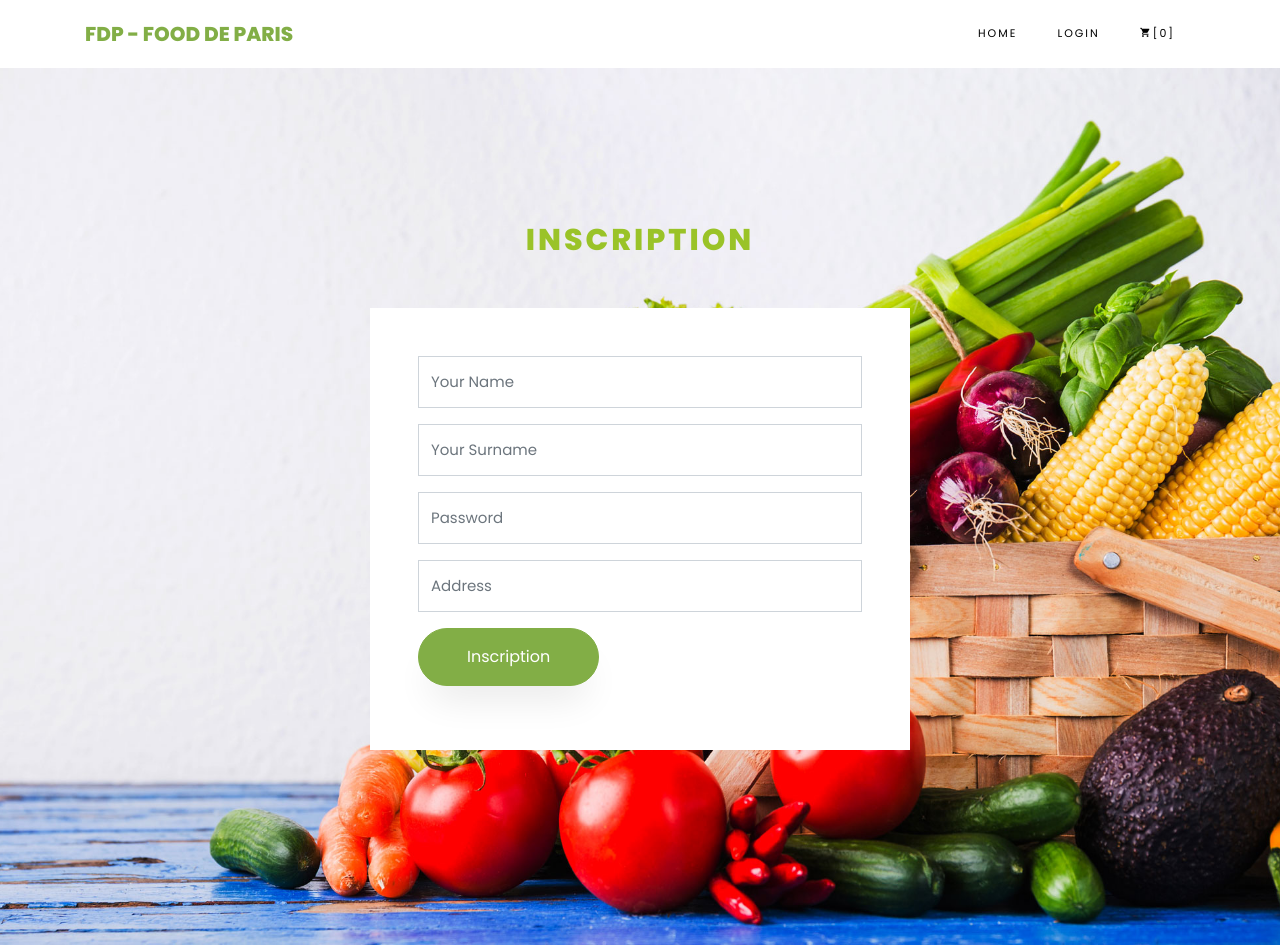
Repository: MacCampers/java-stuff
Page: workspaceJSP/projetRestaurant/WebContent/inscription.html
These files come from the project's save history. The page is drawn as it stood at one moment and after the next save; the edit follows.
The browser window is 1280 px wide. The pictures show the whole page.
Some web fonts or font styles are not loaded; a fallback is used.

Above is the page before, as saved 2020-02-07 14:24:57.

After the next save:
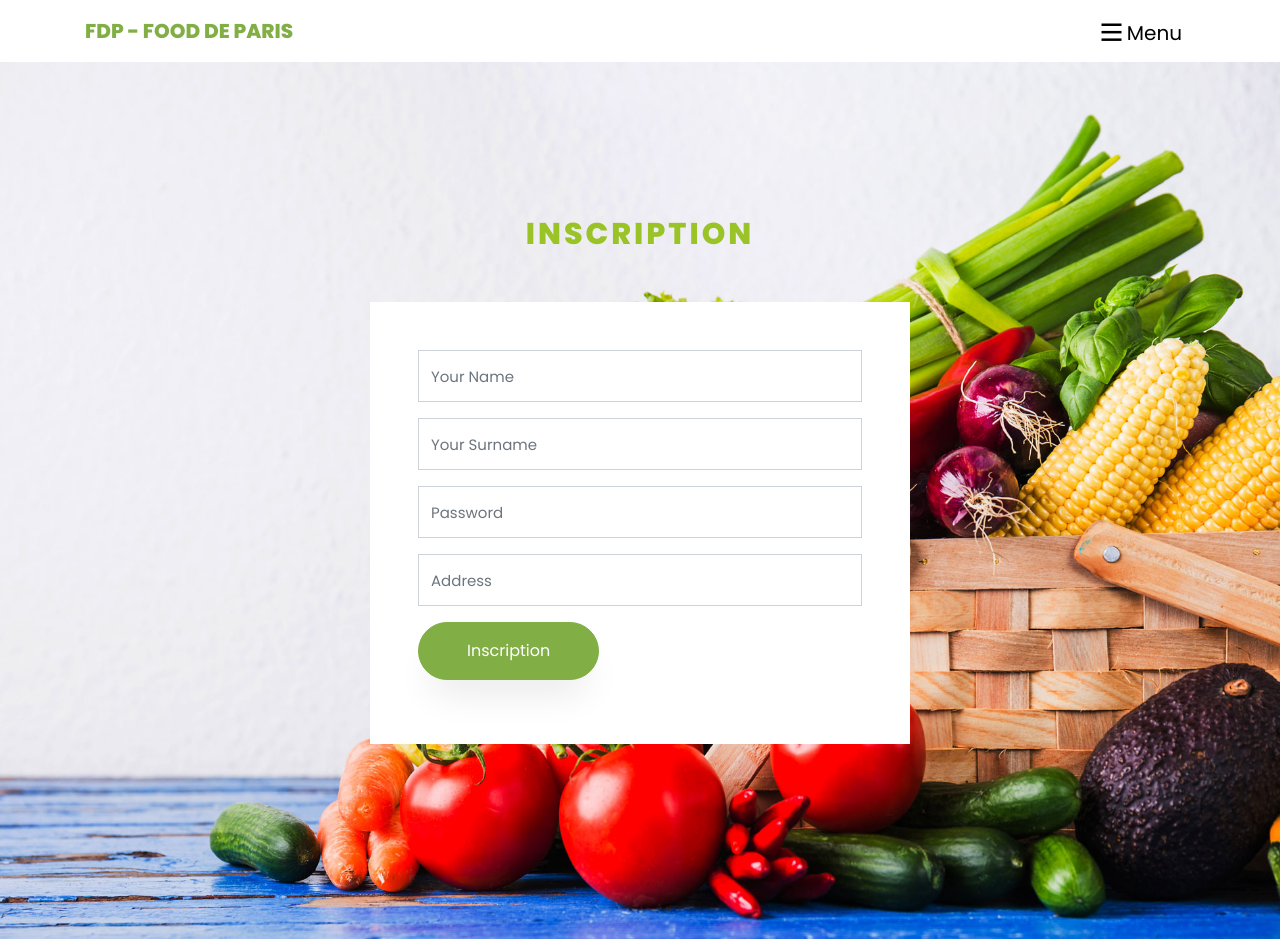
Saved 2 min 18 s later.
--- a/workspaceJSP/projetRestaurant/WebContent/inscription.html
+++ b/workspaceJSP/projetRestaurant/WebContent/inscription.html
@@ -30,7 +30,7 @@
 <body class="goto-here">
 
 	<nav
-		class="navbar navbar-expand-lg navbar-dark ftco_navbar bg-dark ftco-navbar-light"
+		class="navbar"
 		id="ftco-navbar">
 		<div class="container">
 			<a class="navbar-brand" href="index.html">FDP - Food De Paris</a>

After the save that followed:
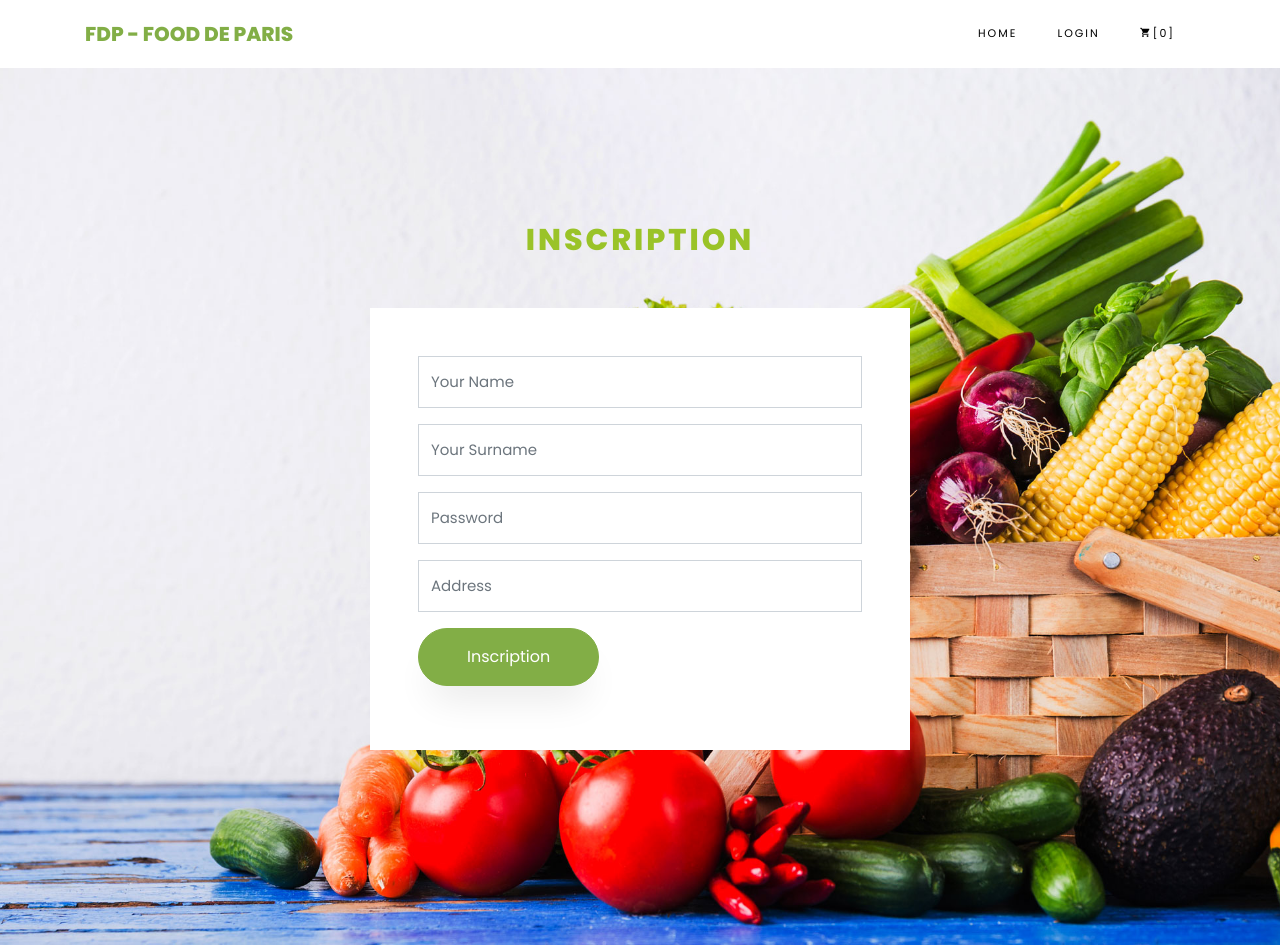
Saved 14 min 4 s later.
--- a/workspaceJSP/projetRestaurant/WebContent/inscription.html
+++ b/workspaceJSP/projetRestaurant/WebContent/inscription.html
@@ -30,7 +30,7 @@
 <body class="goto-here">
 
 	<nav
-		class="navbar"
+		class="navbar navbar-expand-lg navbar-dark ftco_navbar bg-dark ftco-navbar-light"
 		id="ftco-navbar">
 		<div class="container">
 			<a class="navbar-brand" href="index.html">FDP - Food De Paris</a>
